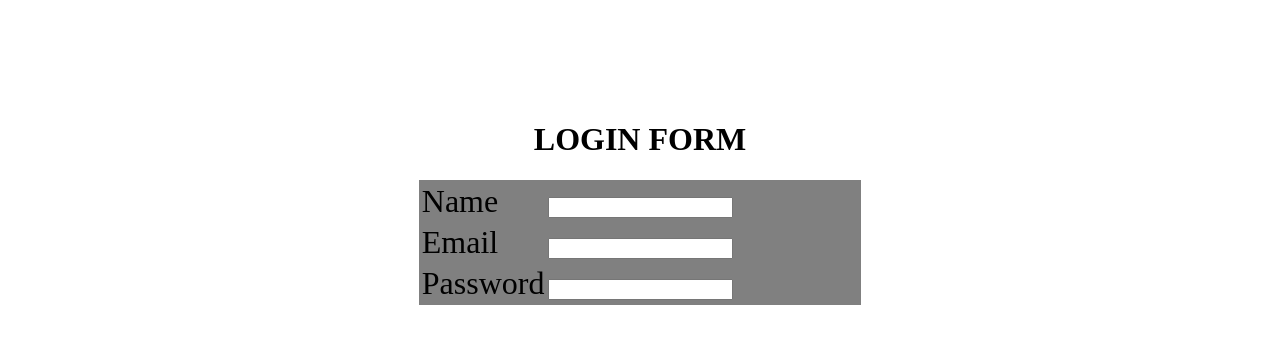
Repository: obusakthi539/Loginform
Page: Login.html
These files come from the project's save history. The page is drawn as it stood at one moment and after a run of saves; the edit follows.
The browser window is 1280 px wide. The pictures show the whole page.

Above is the page before, as saved 2025-01-10 18:04:04.

After the next 3 saves:
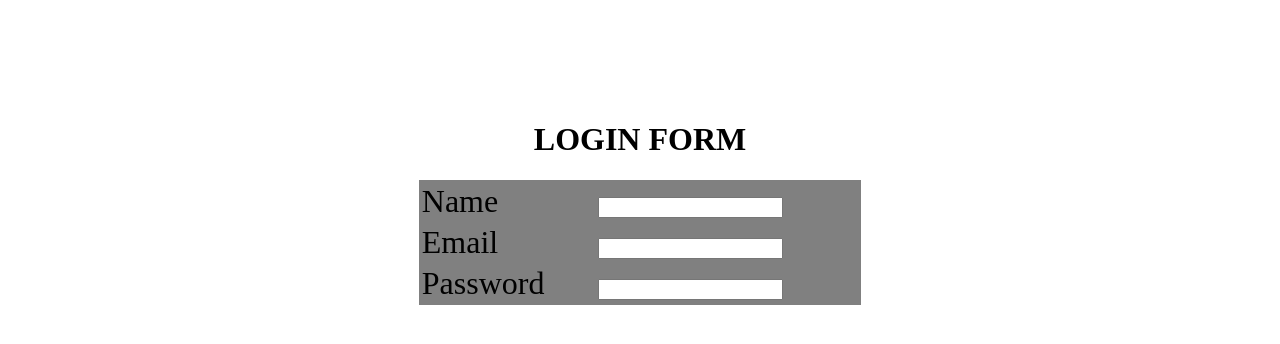
The 3 saves are shown as one change because they came seconds apart.
The last was saved 34 s later.
--- a/Login.html
+++ b/Login.html
@@ -17,7 +17,7 @@
             font-size: xx-large;
             width: 35%;
             display: flex;
-            align-items:center;
+           flex-direction: column;
 
         }
     </style>
